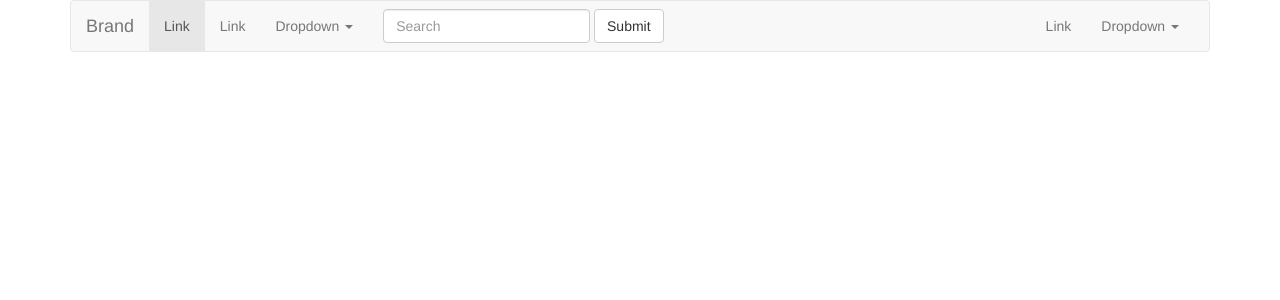
Repository: Karthi-Mano/AdvanceJavaPrograms
Page: DTProjectsBootStrap/WebContent/HomePage.html
An editor plug-in stored every save of this project. The page is shown before and after the next save, followed by the edit.
The browser window is 1280 px wide. The pictures show the whole page.

Above is the page before, as saved 2017-10-25 07:11:47.

After the next save:
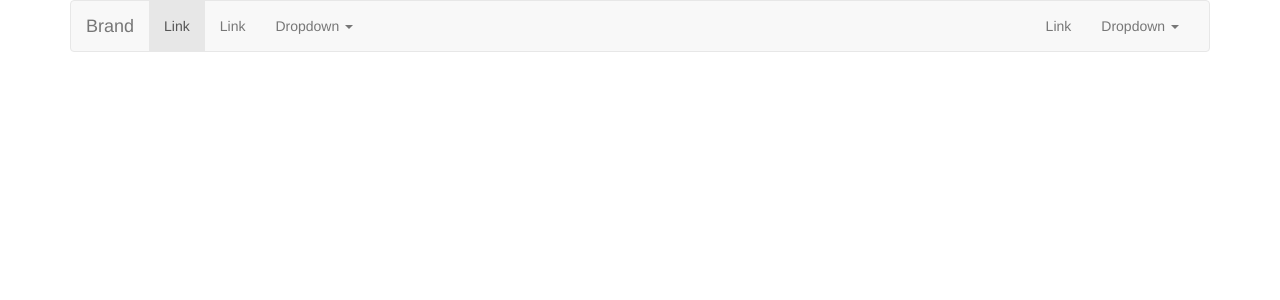
Saved 17 s later.
--- a/DTProjectsBootStrap/WebContent/HomePage.html
+++ b/DTProjectsBootStrap/WebContent/HomePage.html
@@ -43,12 +43,7 @@
           </ul>
         </li>
       </ul>
-      <form class="navbar-form navbar-left">
-        <div class="form-group">
-          <input type="text" class="form-control" placeholder="Search">
-        </div>
-        <button type="submit" class="btn btn-default">Submit</button>
-      </form>
+
       <ul class="nav navbar-nav navbar-right">
         <li><a href="#">Link</a></li>
         <li class="dropdown">
